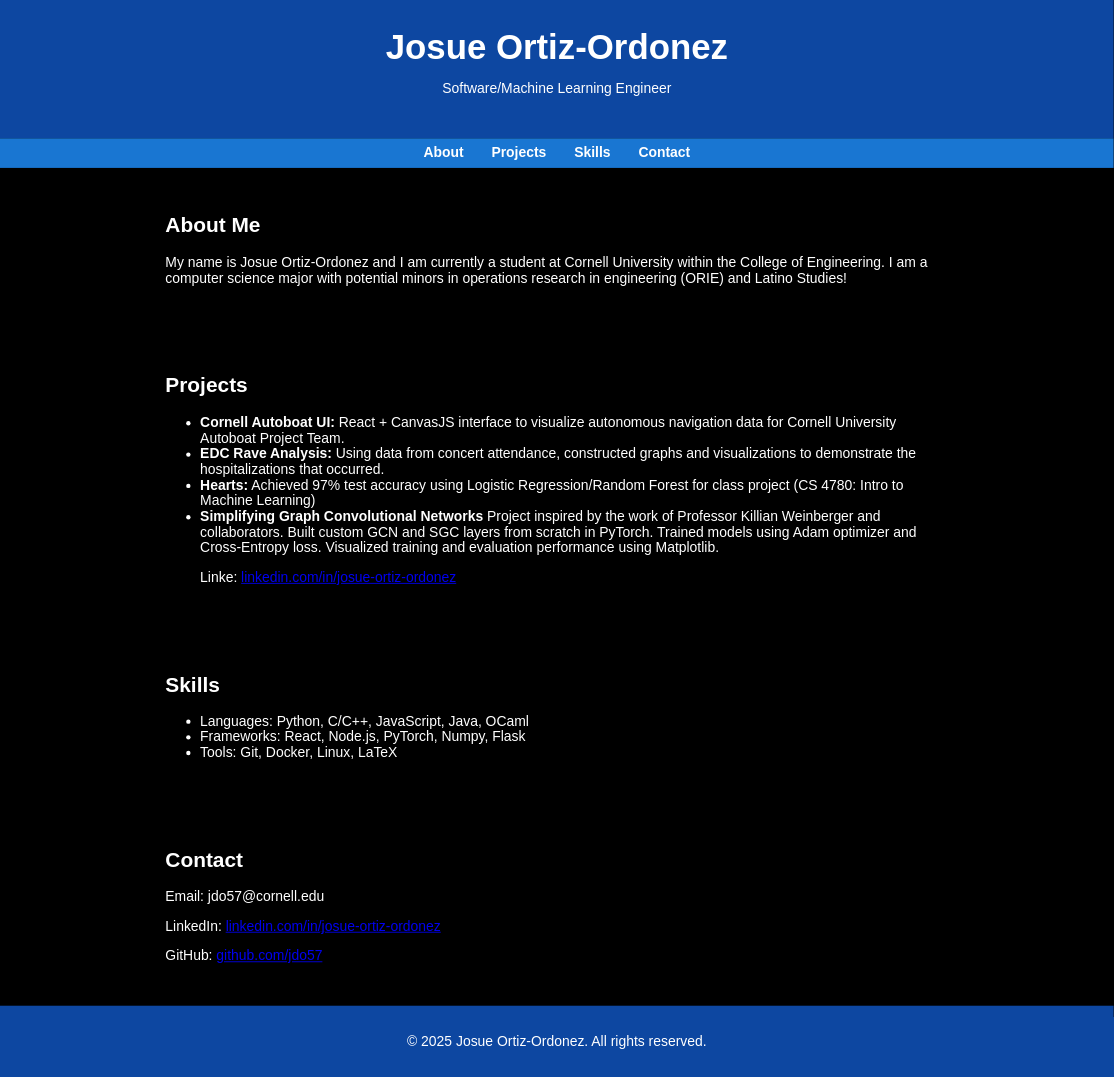
Repository: jdo57/Website
Page: index.html
These files come from the project's save history. The page is drawn as it stood at one moment and after the next save; the edit follows.
The browser window is 1280 px wide. The pictures show the whole page, at 87% of full size.

Above is the page before, as saved 2025-05-26 16:09:21.

After the next save:
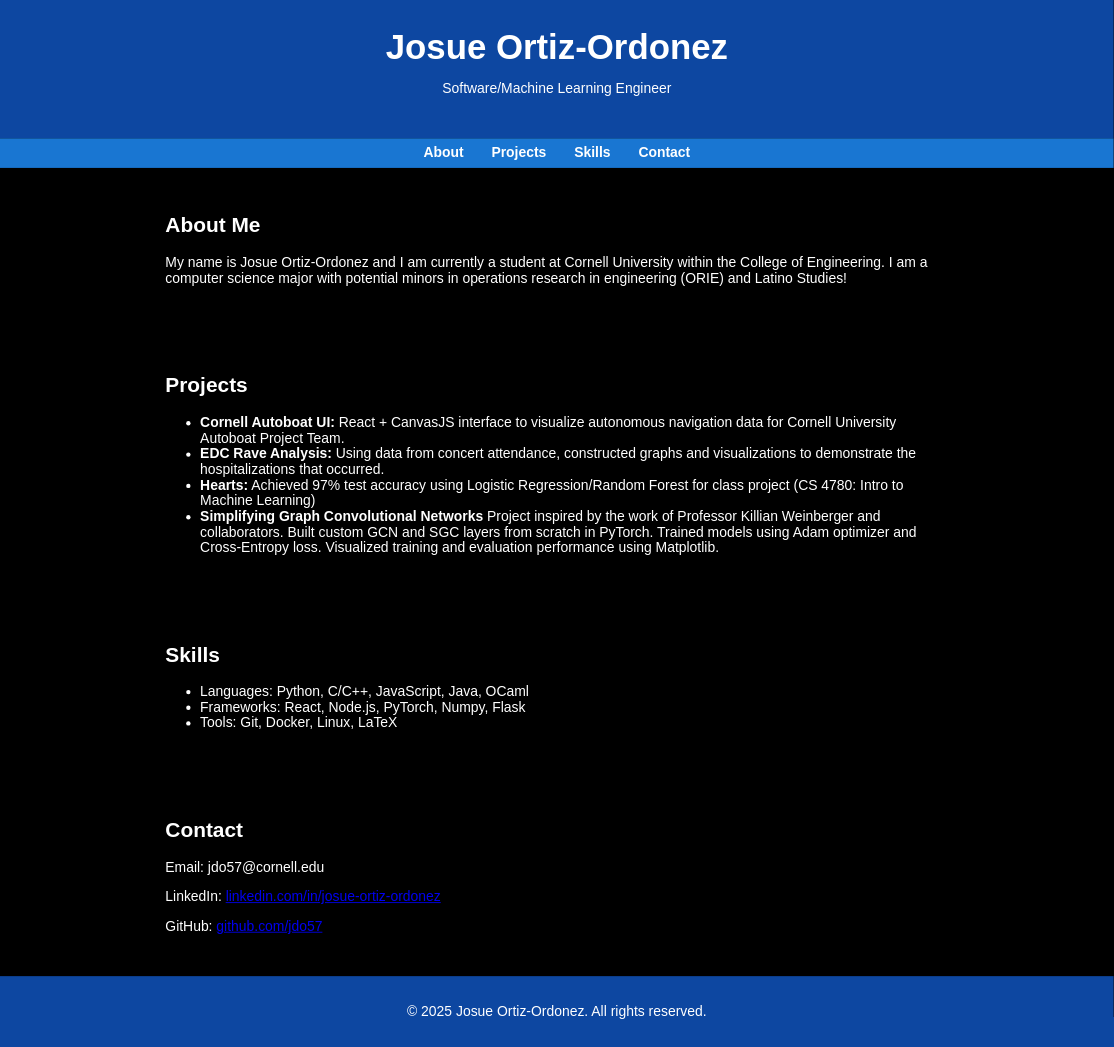
Saved 8 s later.
--- a/index.html
+++ b/index.html
@@ -97,7 +97,7 @@
         Project inspired by the work of Professor Killian Weinberger and collaborators.
         Built custom GCN and SGC layers from scratch in PyTorch. Trained models using Adam optimizer and Cross-Entropy loss.
         Visualized training and evaluation performance using Matplotlib.
-        <p>Linke: <a href="https://www.linkedin.com/in/josue-ortiz-ordonez/" target="_blank">linkedin.com/in/josue-ortiz-ordonez</a></p></li>
+      </li>
 
     </ul>
   </section>

After the save that followed:
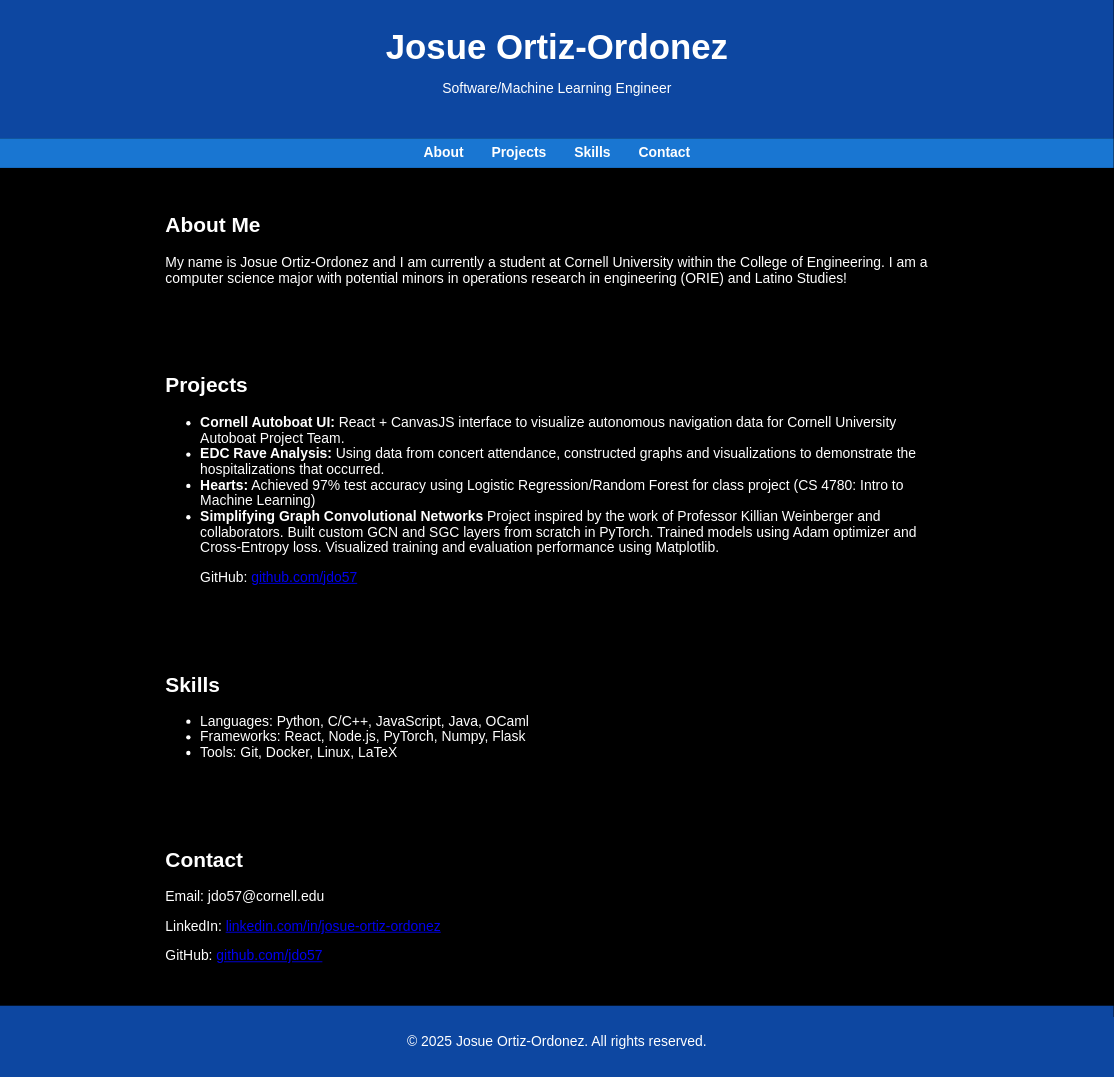
Saved 37 s later.
--- a/index.html
+++ b/index.html
@@ -97,6 +97,8 @@
         Project inspired by the work of Professor Killian Weinberger and collaborators.
         Built custom GCN and SGC layers from scratch in PyTorch. Trained models using Adam optimizer and Cross-Entropy loss.
         Visualized training and evaluation performance using Matplotlib.
+
+        <p>GitHub: <a href="https://github.com/jdo57" target="_blank">github.com/jdo57</a></p>
       </li>
 
     </ul>
